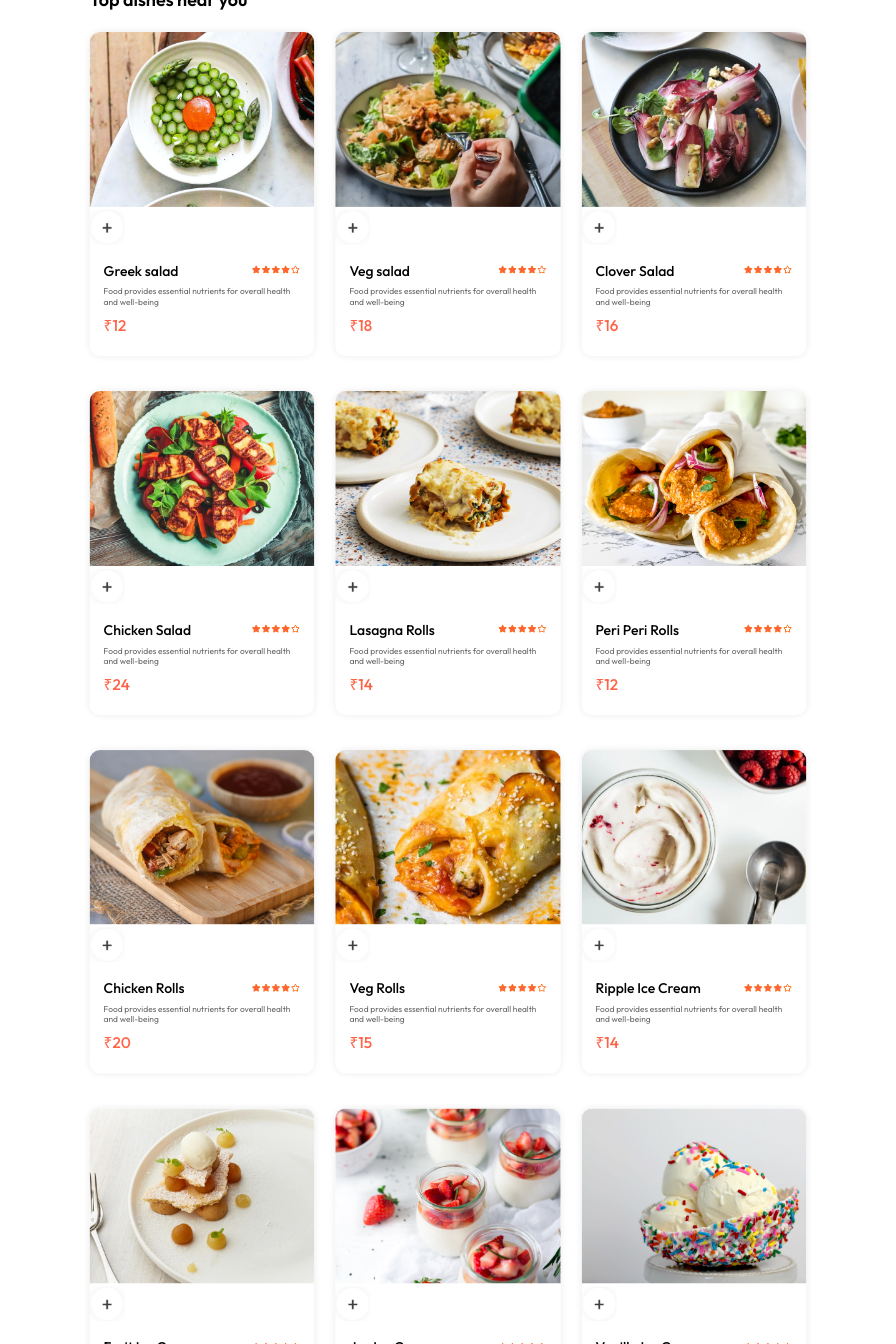
Repository: KartikChouhan03/food-delivery-app
Page: / (app in frontend/)
The author's editor kept a copy of each file at every save. The page is drawn from the files as they stood at one save, then again after the next save.
The browser window is 1280 px wide. The pictures show the part of the page from y = 982 to 2902 px (the page is 6619 px tall before and 6025 px after), at 70% of full size.
Some web fonts or font styles are not loaded; a fallback is used. The project was rebuilt for these pictures with package versions that can differ from the ones it lists, and the page was loaded fresh each time. Also part of the build but not shown: frontend/vite.config.js, frontend/src/pages/Cart/Cart.css, frontend/src/pages/Cart/Cart.jsx, frontend/src/pages/PlaceOrder/PlaceOrder.css, frontend/src/pages/PlaceOrder/PlaceOrder.jsx.

Above is the page before, as saved 2025-08-16 00:35:40.

After the next save:
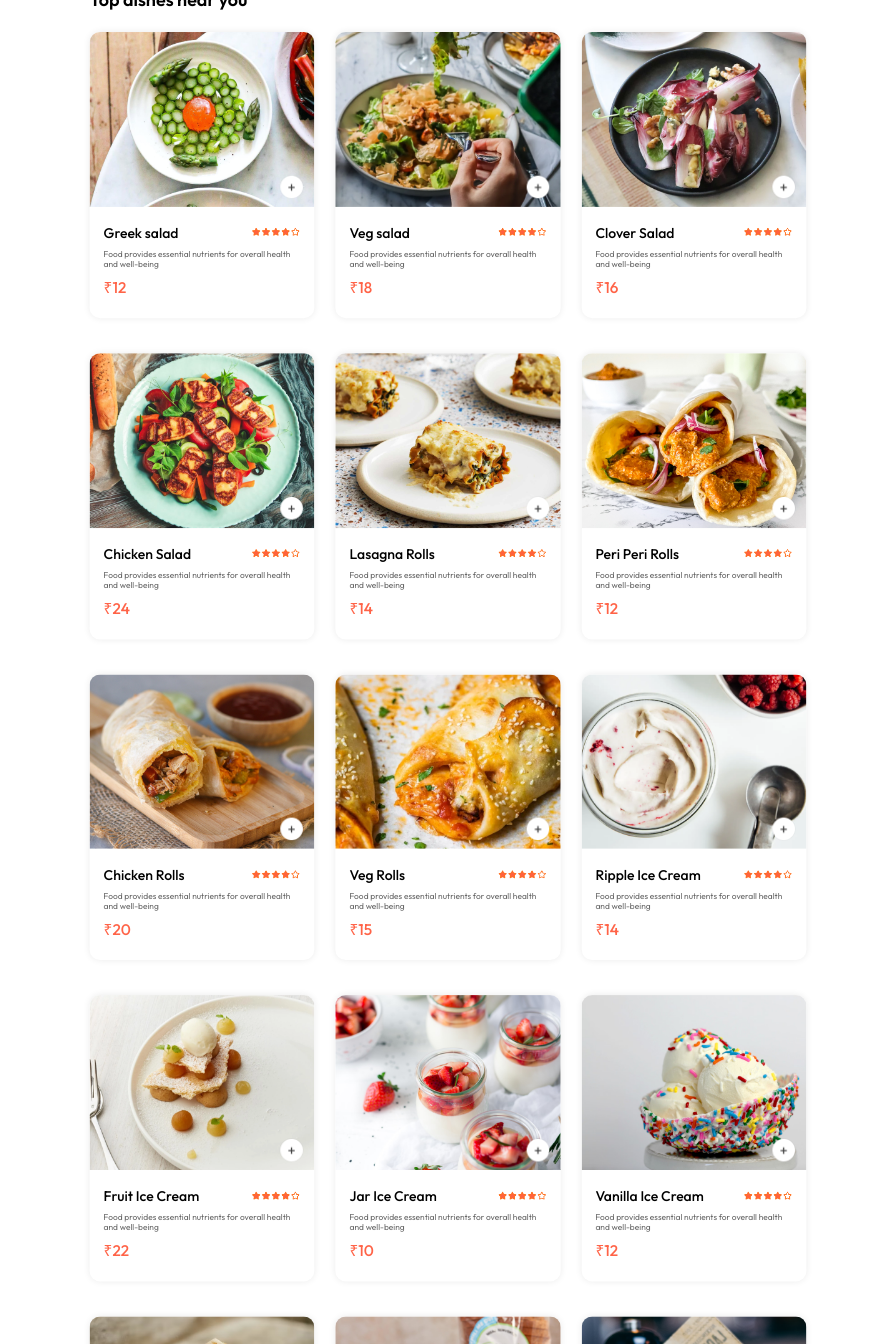
Saved 3 min 23 s later.
--- a/frontend/src/components/FoodItem/FoodItem.css
+++ b/frontend/src/components/FoodItem/FoodItem.css
@@ -43,3 +43,28 @@
     font-weight: 500;
     margin: 10px 0px;
 }
+
+.food-item-img-container{
+    position: relative;
+}
+
+.food-item-img-container .add{
+    width: 35px ;
+    position: absolute;
+    bottom: 15px;
+    right: 15px;
+    cursor: pointer;
+    border-radius: 50%;
+}
+
+.food-item-counter{
+    position: absolute;
+    bottom: 15px;
+    right: 15px;
+    display: flex;
+    align-items: center;
+    gap: 10px;
+    padding: 6px;
+    border-radius:50px ;
+    background-color: white;
+}
